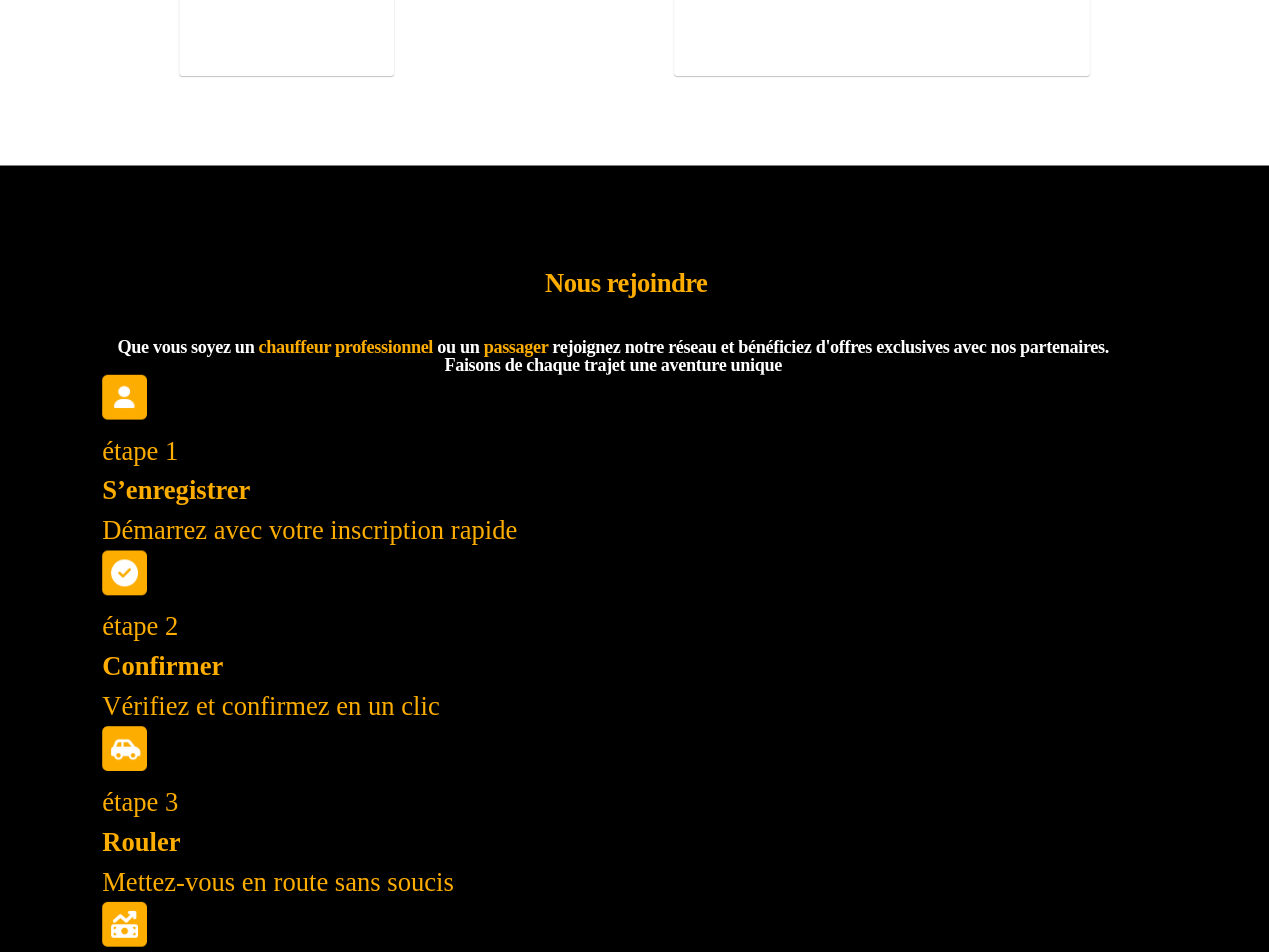
Repository: MariaMP2501/TestMap
Page: /
An editor plug-in stored every save of this project. The page is shown before and after the next save, followed by the edit.
The browser window is 1280 px wide. The page is 1813 px wide, so the pictures cover 1813 px, including what lies to the right of the window. The pictures show the part of the page from y = 839 to 2199 px (the page is 2517 px tall before and 2239 px after), at 70% of full size.
Pictures or frames that could not be fetched are drawn as grey boxes. Some web fonts or font styles are not loaded; a fallback is used. The project was rebuilt for these pictures with package versions that can differ from the ones it lists, and the page was loaded fresh each time. Also part of the build but not shown: vite.config.ts, src/components/hooks/useTranslate.tsx.

Above is the page before, as saved 2024-03-20 12:58:25.

After the next save:
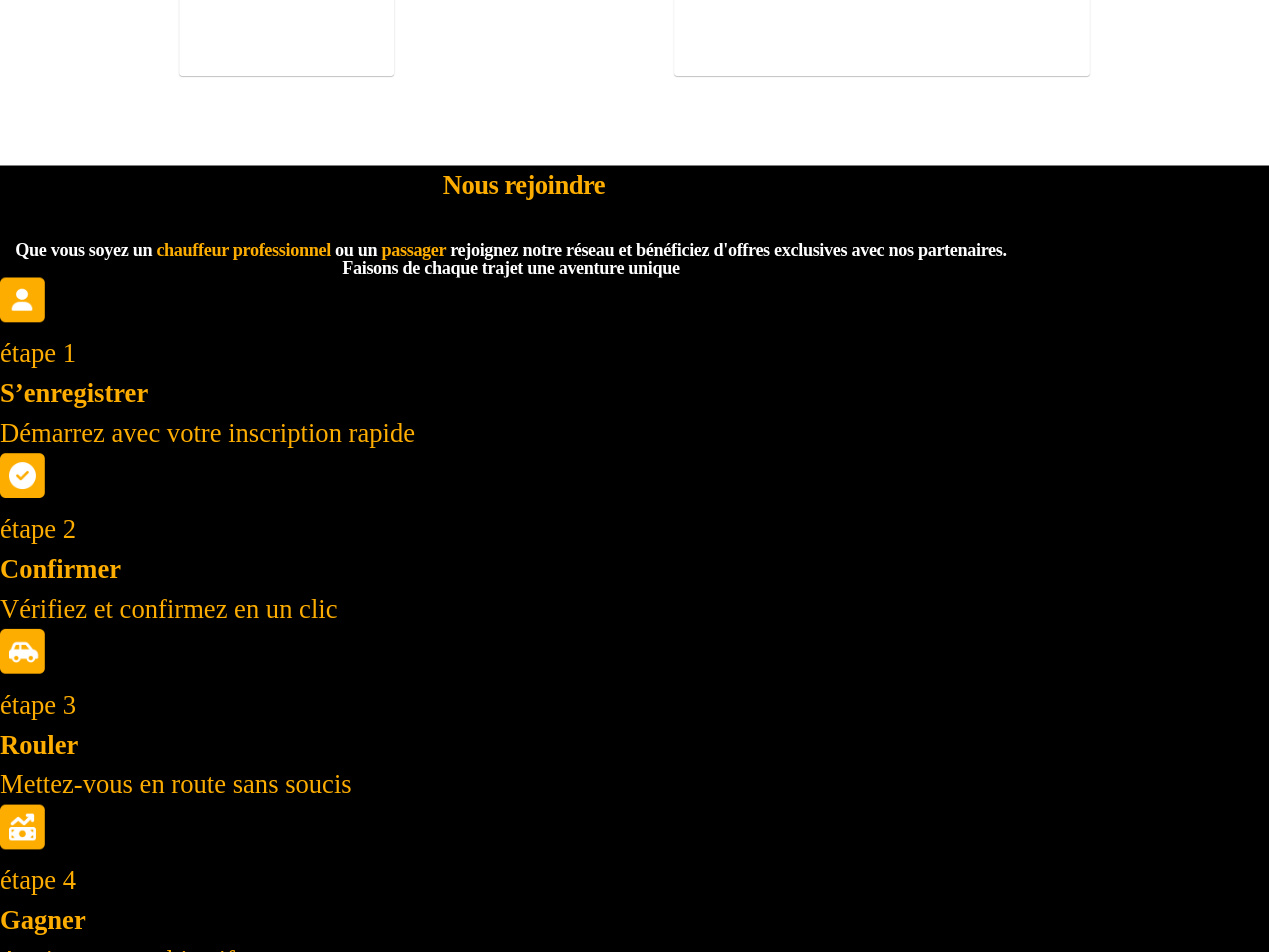
Saved 10 s later.
--- a/src/components/Section2.tsx
+++ b/src/components/Section2.tsx
@@ -10,7 +10,6 @@ const Section2: FunctionComponent = () => {
     flexWrap: 'wrap',
     alignItems: 'center',
     justifyContent: 'center',
-    padding: '139px 146px',
     boxSizing: 'border-box',
 	backgroundColor:'#0000',
     gap: '78px',
